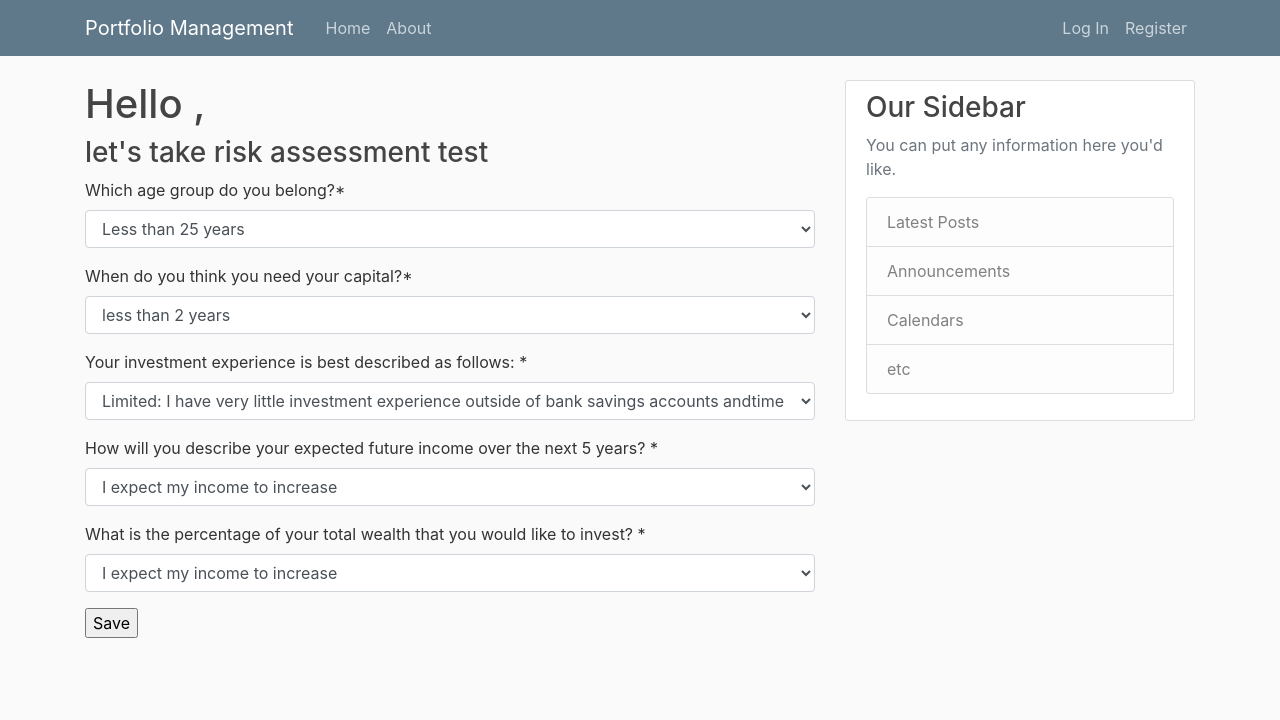
Repository: rahulsolankib/portfolio
Page: http://localhost/questions/
These files come from the project's save history. The page is drawn as it stood at one moment and after the next save; the edit follows.
The browser window is 1280 px wide. The pictures show the whole page.
The page is served by the project's application, run on Django 3.2 (manage.py).

Above is the page before, as saved 2020-10-20 00:52:47.

After the next save:
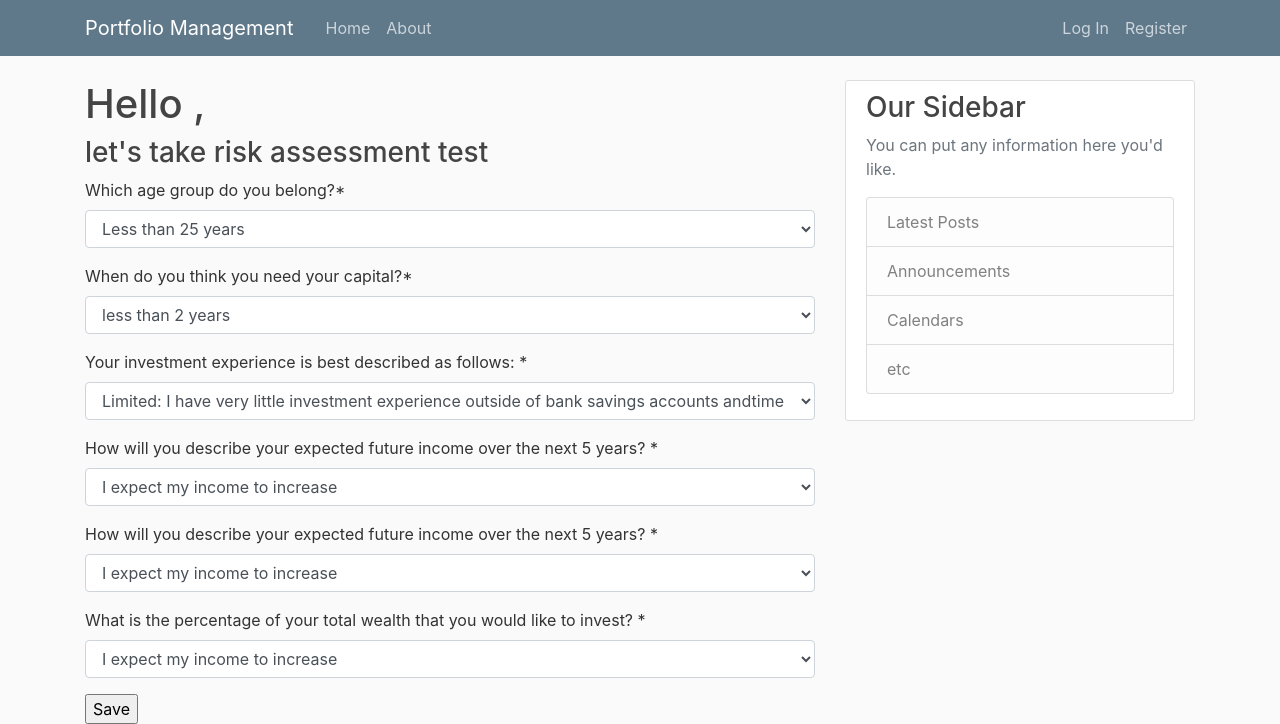
Saved 2 min 4 s later.
--- a/riskCalculator/forms.py
+++ b/riskCalculator/forms.py
@@ -29,13 +29,17 @@ class QForm(forms.Form):
         ,(3,'I expect my income to increase')
     )
 
-
+    percentage_invest = (
+        (1,'Less than 25%')
+        ,(2,'25 - 50 %')
+        ,(1,'Less than 25%')
+    )
     ques1 = forms.TypedChoiceField(label='Which age group do you belong?',choices=age_group, coerce=int, initial=4)
     ques2 = forms.TypedChoiceField(label='When do you think you need your capital?',choices=returnyear_group, coerce=int, initial=1)
     ques3 = forms.TypedChoiceField(label='Your investment experience is best described as follows: ',choices=experience_group, coerce=int, initial=1)
     ques4 = forms.TypedChoiceField(label='How will you describe your expected future income over the next 5 years? ',choices=income_status, coerce=int, initial=3)
     ques5 = forms.TypedChoiceField(label='How will you describe your expected future income over the next 5 years? ',choices=income_status, coerce=int, initial=3)
-    ques5 = forms.TypedChoiceField(label='What is the percentage of your total wealth that you would like to invest? ',choices=income_status, coerce=int, initial=3)
+    ques6 = forms.TypedChoiceField(label='What is the percentage of your total wealth that you would like to invest? ',choices=income_status, coerce=int, initial=3)
 
 
 class QueForm(forms.ModelForm):
